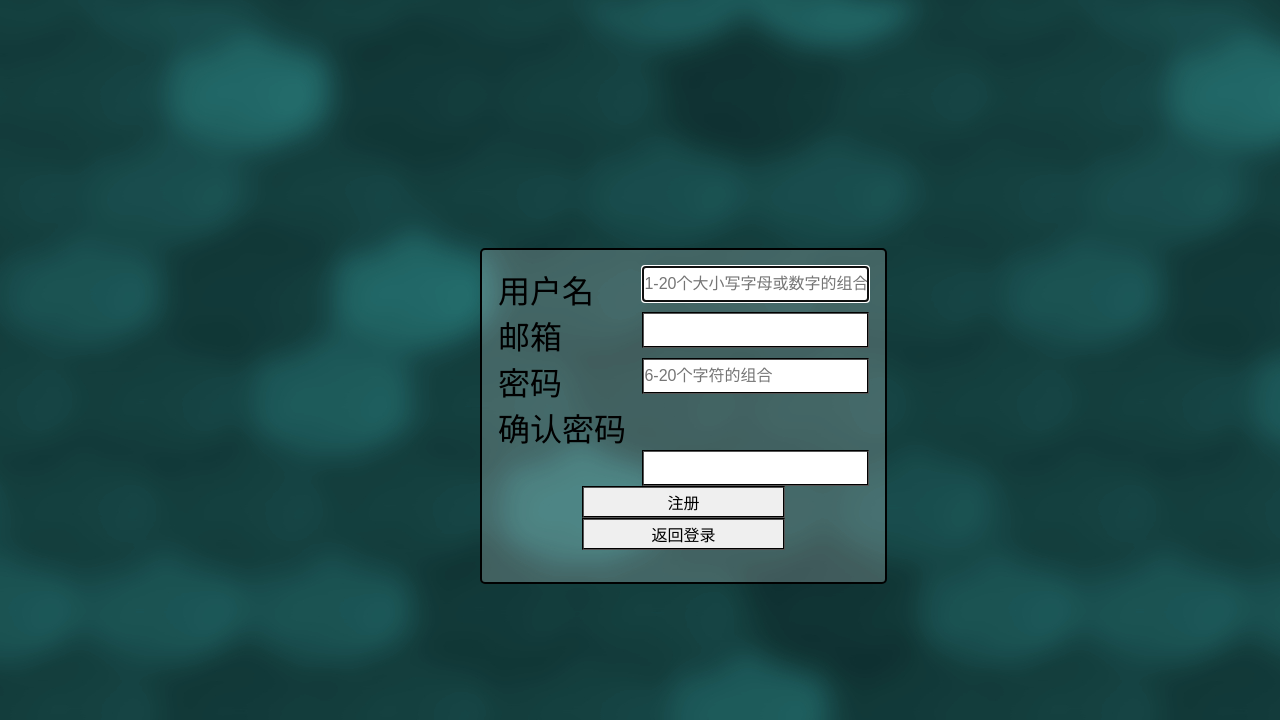
Repository: aoandxie/AoNews
Page: AoNews/WebContent/register.html
The author's editor kept a copy of each file at every save. The page is drawn from the files as they stood at one save, then again after the next save.
The browser window is 1280 px wide. The pictures show the whole page.

Above is the page before, as saved 2017-03-06 09:36:14.

After the next save:
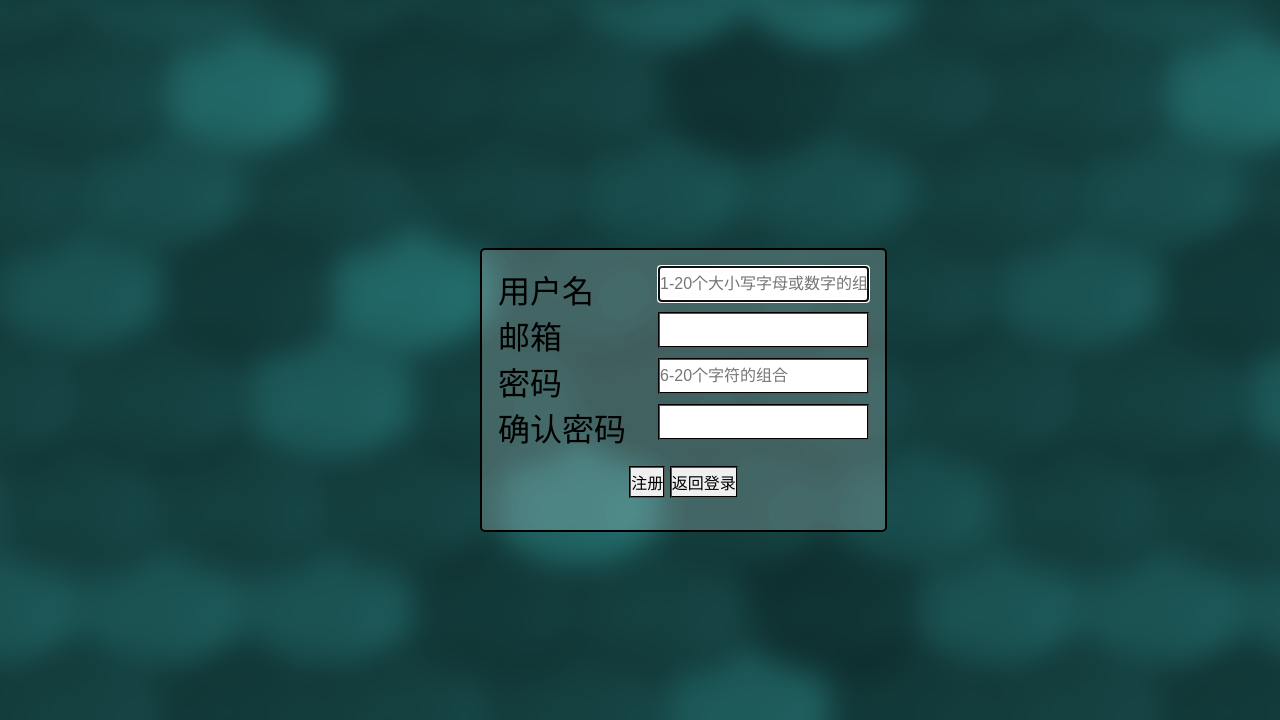
Saved 43 s later.
--- a/AoNews/WebContent/common_style.css
+++ b/AoNews/WebContent/common_style.css
@@ -43,7 +43,6 @@ a {
 .Form input {
 	float: right;
 	height: 2em;
-	width: 60%;
 	font-size: 1em;
 	border-style: groove;
 	border-width: 2px;
